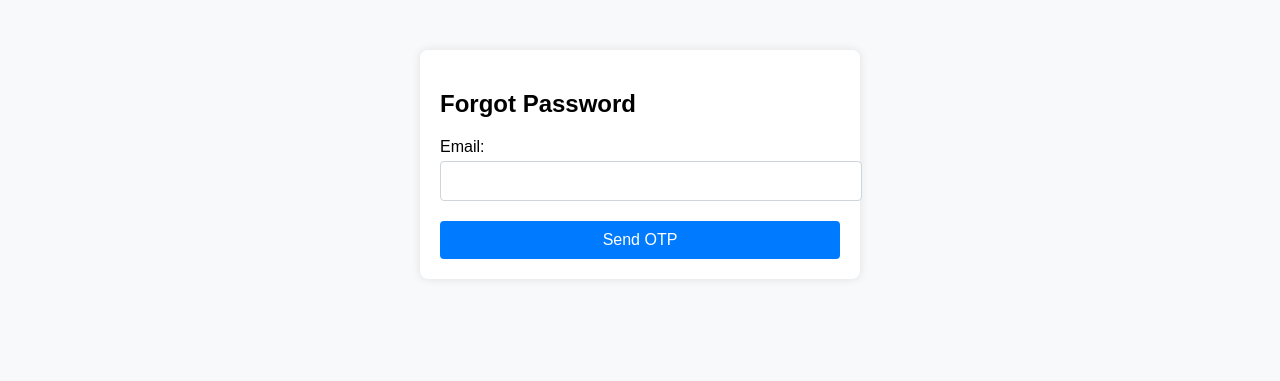
Repository: thatipallyvinod/AdvanceJava
Page: Gaming Project/src/main/webapp/psw.html
These files come from the project's save history. The page is drawn as it stood at one moment and after the next save; the edit follows.
The browser window is 1280 px wide. The pictures show the whole page.

Above is the page before, as saved 2024-03-18 16:35:31.

### Gaming Project/src/main/webapp/psw.html
<!DOCTYPE html>
<html lang="en">
<head>
    <meta charset="UTF-8">
    <meta name="viewport" content="width=device-width, initial-scale=1.0">
    <title>Forgot Password</title>
    <style>
        body {
            font-family: Arial, sans-serif;
            background-color: #f8f9fa;
        }
        .container {
            max-width: 400px;
            margin: auto;
            padding: 20px;
            background-color: #fff;
            border-radius: 8px;
            box-shadow: 0 0 10px rgba(0, 0, 0, 0.1);
            margin-top: 50px;
        }
        .form-group {
            margin-bottom: 20px;
        }
        .form-group label {
            display: block;
            margin-bottom: 5px;
        }
        .form-control {
            width: 100%;
            padding: 10px;
            font-size: 16px;
            border-radius: 4px;
            border: 1px solid #ced4da;
        }
        .btn-primary {
            display: block;
            width: 100%;
            padding: 10px;
            font-size: 16px;
            color: #fff;
            background-color: #007bff;
            border: none;
            border-radius: 4px;
            cursor: pointer;
        }
        .btn-primary:hover {
            background-color: #0056b3;
        }
        .alert {
            padding: 10px;
            margin-bottom: 20px;
            border-radius: 4px;
        }
        .alert-success {
            background-color: #d4edda;
            border-color: #c3e6cb;
            color: #155724;
        }
        .alert-danger {
            background-color: #f8d7da;
            border-color: #f5c6cb;
            color: #721c24;
        }
    </style>
</head>
<body>
    <div class="container">
        <h2 class="text-center">Forgot Password</h2>
        <div id="otp-form">
            <form id="send-otp-form">
                <div class="form-group">
                    <label for="email">Email:</label>
                    <input type="email" class="form-control" id="email" required>
                </div>
                <button type="button" class="btn btn-primary" onclick="sendOTP()">Send OTP</button>
            </form>
        </div>
        <div id="verify-otp-form" style="display: none;">
            <form id="verify-otp-form">
                <div class="form-group">
                    <label for="otp">Enter OTP:</label>
                    <input type="text" class="form-control" id="otp" required>
                </div>
                <button type="button" class="btn btn-primary" onclick="verifyOTP()">Verify OTP</button>
            </form>
        </div>
        <div id="update-password-form" style="display: none;">
            <form id="update-password-form">
                <div class="form-group">
                    <label for="new-password">New Password:</label>
                    <input type="password" class="form-control" id="new-password" required>
                </div>
                <button type="button" class="btn btn-primary" onclick="updatePassword()">Update Password</button>
            </form>
        </div>
        <div id="message" class="alert" style="display: none;"></div>
    </div>

    <script>
        function sendOTP() {
            // Implement logic to send OTP to the user's email address
            // For demonstration purposes, let's assume the OTP is sent successfully
            document.getElementById('otp-form').style.display = 'none';
            document.getElementById('verify-otp-form').style.display = 'block';
        }

        function verifyOTP() {
            var otp = document.getElementById('otp').value;
            // Implement logic to verify the entered OTP
            // For demonstration purposes, let's assume the OTP is verified successfully
            document.getElementById('verify-otp-form').style.display = 'none';
            document.getElementById('update-password-form').style.display = 'block';
        }

        function updatePassword() {
            var newPassword = document.getElementById('new-password').value;
            // Implement logic to update the user's password
            // For demonstration purposes, let's assume the password is updated successfully
            showMessage('Password updated successfully.', 'success');
        }

        function showMessage(message, type) {
            var messageElement = document.getElementById('message');
            messageElement.textContent = message;
            messageElement.className = 'alert alert-' + type;
            messageElement.style.display = 'block';
        }
    </script>
</body>
</html>

After the next save:
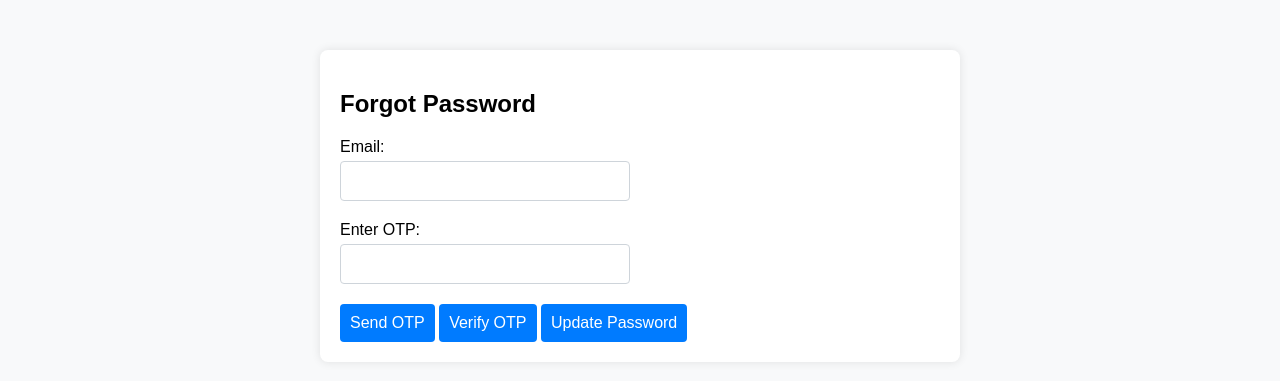
Saved 6 min 27 s later.
--- a/Gaming Project/src/main/webapp/psw.html
+++ b/Gaming Project/src/main/webapp/psw.html
@@ -10,7 +10,7 @@
             background-color: #f8f9fa;
         }
         .container {
-            max-width: 400px;
+            max-width: 600px;
             margin: auto;
             padding: 20px;
             background-color: #fff;
@@ -26,15 +26,16 @@
             margin-bottom: 5px;
         }
         .form-control {
-            width: 100%;
+            width: calc(50% - 10px);
             padding: 10px;
             font-size: 16px;
             border-radius: 4px;
             border: 1px solid #ced4da;
+            display: inline-block;
+            box-sizing: border-box;
+            vertical-align: top;
         }
         .btn-primary {
-            display: block;
-            width: 100%;
             padding: 10px;
             font-size: 16px;
             color: #fff;
@@ -42,6 +43,8 @@
             border: none;
             border-radius: 4px;
             cursor: pointer;
+            display: inline-block;
+            vertical-align: top;
         }
         .btn-primary:hover {
             background-color: #0056b3;
@@ -66,33 +69,19 @@
 <body>
     <div class="container">
         <h2 class="text-center">Forgot Password</h2>
-        <div id="otp-form">
-            <form id="send-otp-form">
-                <div class="form-group">
-                    <label for="email">Email:</label>
-                    <input type="email" class="form-control" id="email" required>
-                </div>
-                <button type="button" class="btn btn-primary" onclick="sendOTP()">Send OTP</button>
-            </form>
-        </div>
-        <div id="verify-otp-form" style="display: none;">
-            <form id="verify-otp-form">
-                <div class="form-group">
-                    <label for="otp">Enter OTP:</label>
-                    <input type="text" class="form-control" id="otp" required>
-                </div>
-                <button type="button" class="btn btn-primary" onclick="verifyOTP()">Verify OTP</button>
-            </form>
-        </div>
-        <div id="update-password-form" style="display: none;">
-            <form id="update-password-form">
-                <div class="form-group">
-                    <label for="new-password">New Password:</label>
-                    <input type="password" class="form-control" id="new-password" required>
-                </div>
-                <button type="button" class="btn btn-primary" onclick="updatePassword()">Update Password</button>
-            </form>
-        </div>
+        <form id="forgot-password-form">
+            <div class="form-group">
+                <label for="email">Email:</label>
+                <input type="email" class="form-control" id="email" required>
+            </div>
+            <div class="form-group">
+                <label for="otp">Enter OTP:</label>
+                <input type="text" class="form-control" id="otp" required>
+            </div>
+            <button type="button" class="btn btn-primary" onclick="sendOTP()">Send OTP</button>
+            <button type="button" class="btn btn-primary" onclick="verifyOTP()">Verify OTP</button>
+            <button type="button" class="btn btn-primary" onclick="updatePassword()">Update Password</button>
+        </form>
         <div id="message" class="alert" style="display: none;"></div>
     </div>
 
@@ -100,20 +89,16 @@
         function sendOTP() {
             // Implement logic to send OTP to the user's email address
             // For demonstration purposes, let's assume the OTP is sent successfully
-            document.getElementById('otp-form').style.display = 'none';
-            document.getElementById('verify-otp-form').style.display = 'block';
+            showMessage('OTP sent to your email.', 'success');
         }
 
         function verifyOTP() {
-            var otp = document.getElementById('otp').value;
             // Implement logic to verify the entered OTP
             // For demonstration purposes, let's assume the OTP is verified successfully
-            document.getElementById('verify-otp-form').style.display = 'none';
-            document.getElementById('update-password-form').style.display = 'block';
+            showMessage('OTP verified successfully.', 'success');
         }
 
         function updatePassword() {
-            var newPassword = document.getElementById('new-password').value;
             // Implement logic to update the user's password
             // For demonstration purposes, let's assume the password is updated successfully
             showMessage('Password updated successfully.', 'success');
